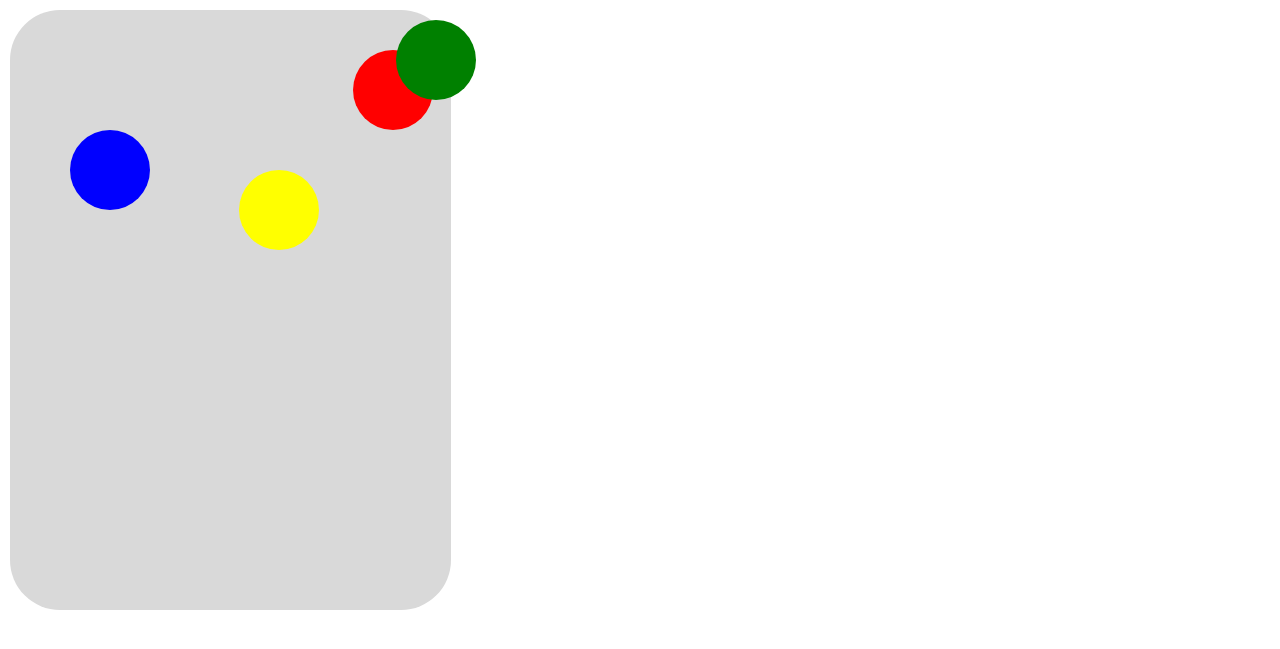
Repository: Code-Institute-Submissions/The-Simon-Game
Page: index.html
The author's editor kept a record of every edit. The page is drawn from the files as they stood at one moment, then again after the next edit.
The browser window is 1280 px wide. The pictures show the whole page.

Above is the page before.

### index.html
<!DOCTYPE html>
<html lang="en">

<head>
    <meta charset="UTF-8">
    <meta name="viewport" content="width=device-width, initial-scale=1.0">
    <meta http-equiv="X-UA-Compatible" content="ie=edge">
    <link rel="stylesheet" href="https://stackpath.bootstrapcdn.com/bootstrap/4.3.1/css/bootstrap.min.css" integrity="sha384-ggOyR0iXCbMQv3Xipma34MD+dH/1fQ784/j6cY/iJTQUOhcWr7x9JvoRxT2MZw1T" crossorigin="anonymous">
    <link rel="stylesheet" href="css/style.css" type="text/css" />
    <title>Simon The Memory Game</title>
</head>

<body>
    <section class="panel">
        <div class="panel-overlay">
            <div class="row">
                <div class="column col-4 col-sm-4">
                    <div class="blue"></div>
                </div>
                <div class="column col-4 col-sm-4">
                    <div class="red"></div>
                    <div class="yellow"></div>
                </div>
                <div class="column col-4 col-sm-4">
                    <div class="green"></div>
                </div>
            </div>
        </div>
    </section>
</body>

</html>

### css/style.css
.panel {
    height: 600px;
    width: 441px;
    margin: 10px;
    margin-left: 10px;
    border-radius: 50px;
    background-color: #d9d9d9;
}

.yellow {
    height: 80px;
    width: 80px;
    margin: 10px;
    margin-left: 72px;
    background-color: yellow;
    border-color: black;
    border-radius: 50px;
    border-width: 10px;
}

.red {
    height: 80px;
    width: 80px;
    margin: 40px;
    margin-left: 186px;
    background-color: red;
    border-color: black;
    border-radius: 50px;
}

.blue {
    height: 80px;
    width: 80px;
    margin: 120px;
    margin-left: 60px;
    background-color: blue;
    border-color: black;
    border-radius: 50px;
}

.green {
    height: 80px;
    width: 80px;
    margin: 10px;
    margin-left: 72px;
    background-color: green;
    border-color: black;
    border-radius: 50px;
}

After the next edit:
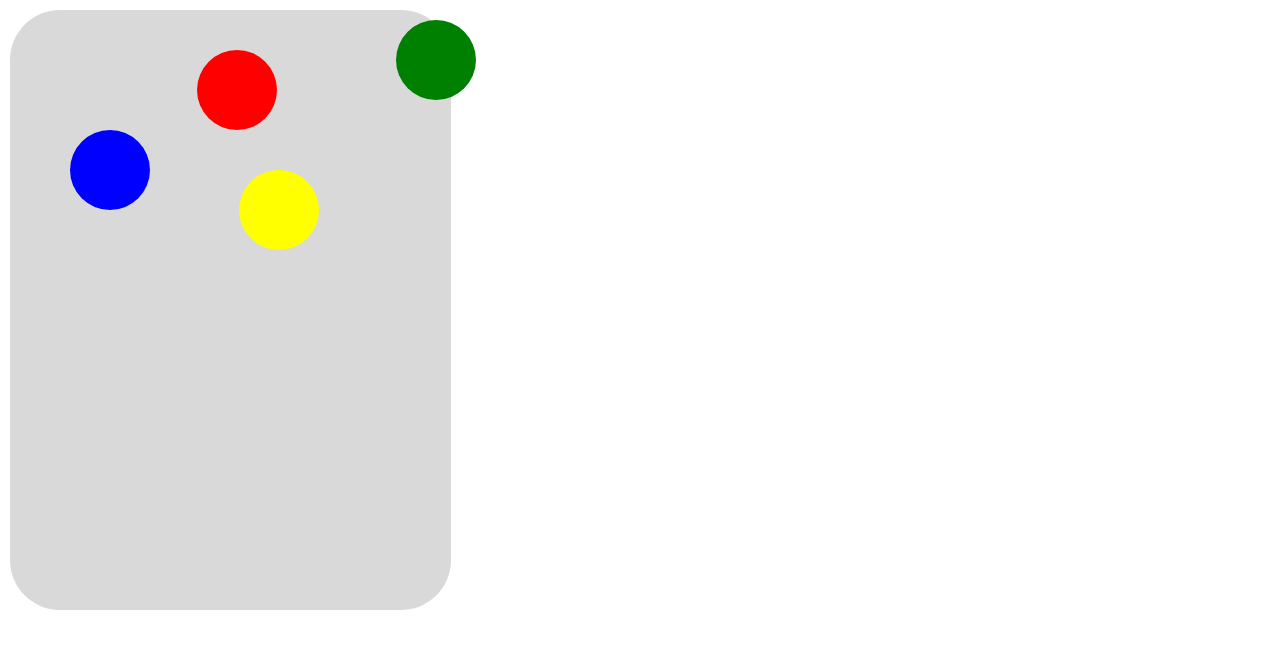
The edit:
--- a/css/style.css
+++ b/css/style.css
@@ -22,7 +22,7 @@
     height: 80px;
     width: 80px;
     margin: 40px;
-    margin-left: 186px;
+    margin-left: 30px;
     background-color: red;
     border-color: black;
     border-radius: 50px;
